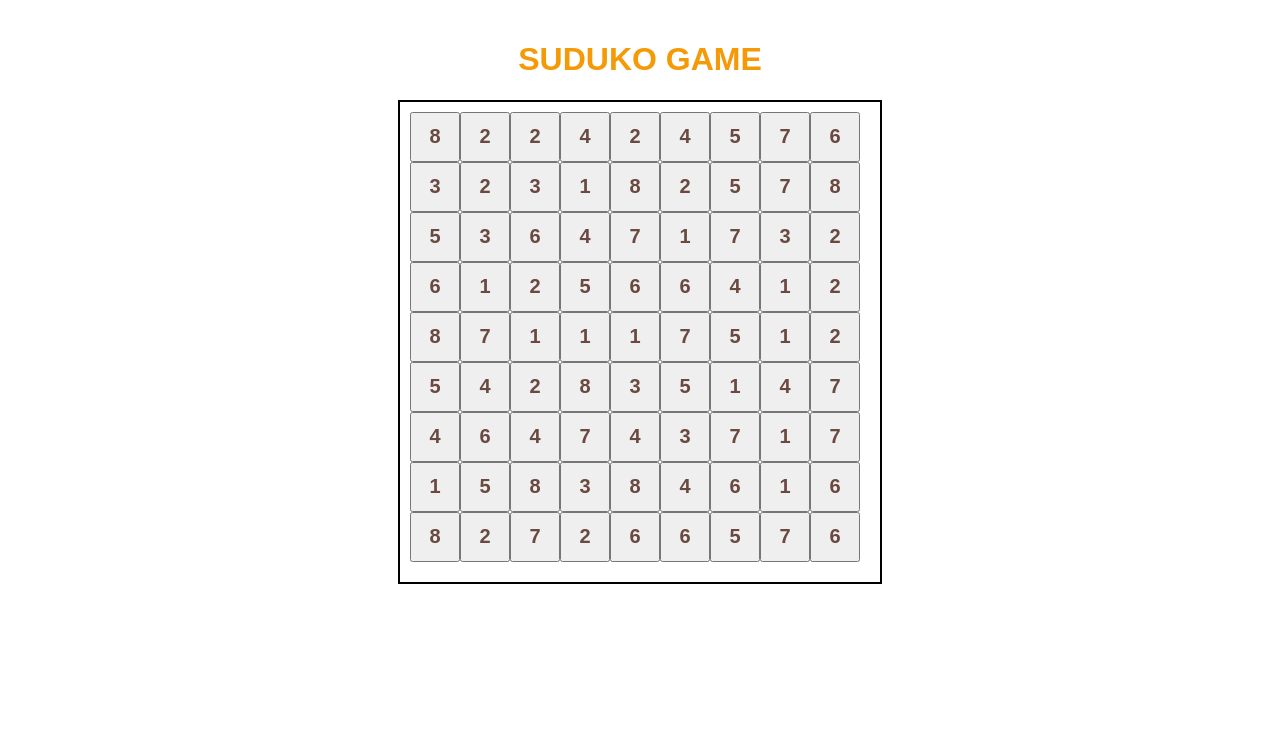
Repository: ahmad8969/Suduko-Game-React-App
Page: /
These files come from the project's save history. The page is drawn as it stood at one moment and after the next save; the edit follows.
The browser window is 1280 px wide. The pictures show the whole page.
Some web fonts or font styles are not loaded; a fallback is used. The project was rebuilt for these pictures with package versions that can differ from the ones it lists, and the page was loaded fresh each time.

Above is the page before, as saved 2021-03-04 15:37:42.

After the next save:
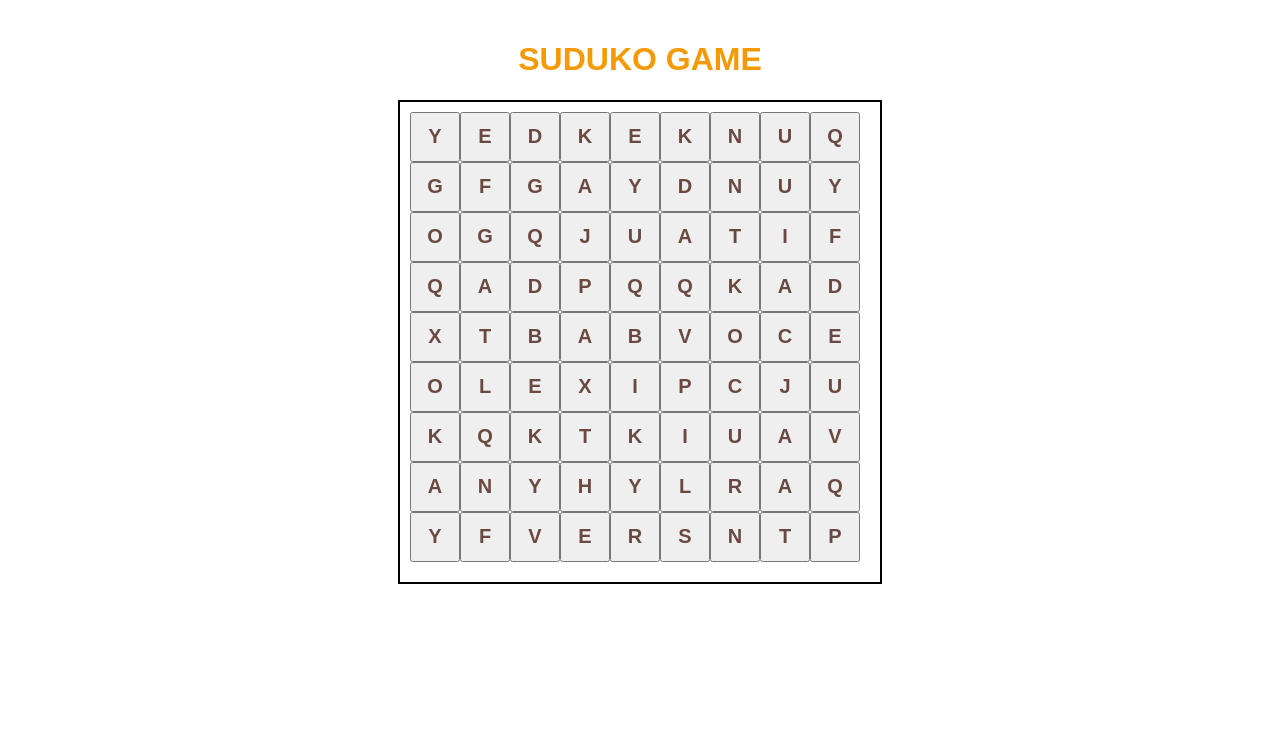
Saved 75 s later.
--- a/src/board.js
+++ b/src/board.js
@@ -120,7 +120,7 @@ function Board () {
     }
         }
         const gettingRandomNumber = () => {
-          let random = Math.floor(Math.random() * (49 - 57)) + 57;
+          let random = Math.floor(Math.random() * (65 - 90)) + 90;
           const character = String.fromCharCode(random);
           return character;
         }
